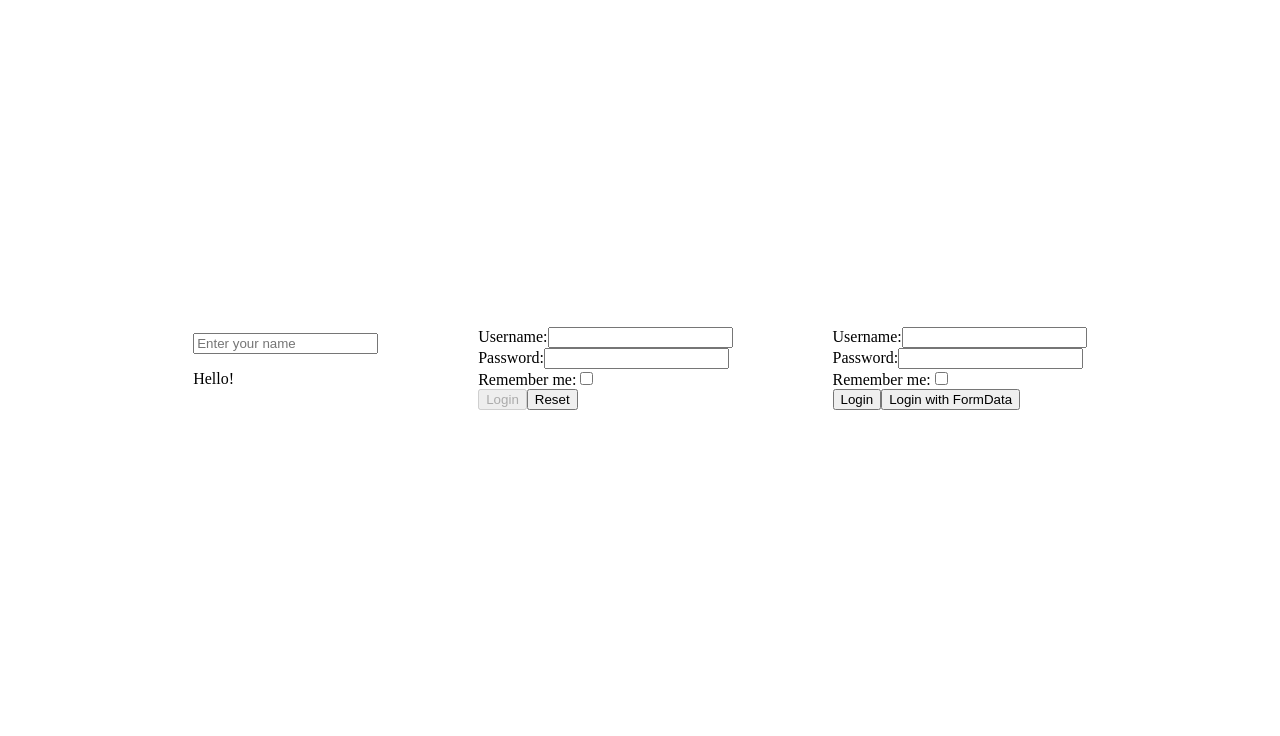
Repository: CryptoFamilyNFT/develhope
Page: / (app in vite/v1/)
An editor plug-in stored every save of this project. The page is shown before and after the next save, followed by the edit.
The browser window is 1280 px wide. The pictures show the whole page.
The project was rebuilt for these pictures with package versions that can differ from the ones it lists, and the page was loaded fresh each time. Also part of the build but not shown: vite/v1/vite.config.js, vite/v1/src/components/AlertClock.jsx, vite/v1/src/components/Message.jsx, vite/v1/src/components/Hello.jsx.

Above is the page before, as saved 2025-02-12 11:47:35.

### vite/v1/src/App.jsx
/* eslint-disable no-unused-vars */
//import { Button } from "./components/Button";
//import { Counter } from "./components/Counter";
//import { Clock, Counter2 } from "./components/Counter2";
import { AlertClock } from "./components/AlertClock";
import Chat from "./components/Chat";
//import MouseClicker from "./components/MouseClicker";
import { InteractiveWelcome } from "./components";
import { Login } from "./components";
import UncontrolledLogin from "./components/UncontrolledLogin";

function App() {

  return (
    <div style={{
      width: "100%",
      height: "100vh",
      alignItems: "center",
      display: "flex",
      justifyContent: "center",
      gap: 100
    }}>
      {/*
      <div>
        <Button onClick={() => alert(new Date().toLocaleString())}>Click me!</Button>
      </div>
      <Counter />
      <Counter2 />
      <Clock />
      <MouseClicker />

      <AlertClock onShowTime={() => alert(new Date().toLocaleString())} />
      <Chat />
      */}
      <InteractiveWelcome/>
      <Login/>
      <UncontrolledLogin/>
    </div>
  );
}

export default App;

### vite/v1/src/components/index.jsx
import Hello from "./Hello";
import Message from "./Message";
import { InteractiveWelcome } from "./Welcome";
import { Login } from "./Welcome";

export { Hello, Message, InteractiveWelcome, Login };

### vite/v1/src/components/UncontrolledLogin.jsx
import { useRef } from 'react';

const UncontrolledLogin = () => {
    const formRef = useRef(null);

    const onLogin = (event) => {
        event.preventDefault();
        const form = event.target;
        const username = form.username.value;
        const password = form.password.value;
        const remember = form.remember.checked; // torna true o false
        console.log('Data:', {username, password, remember});
    };

    const loginWithFormData = () => {
        const form = formRef.current;
        const formData = new FormData(form);
        const username = formData.get('username');
        const password = formData.get('password');
        const remember = formData.get('remember') === 'on' ? true : false; // torna on or null
        console.log('Data:', {username, password, remember});
    };

    return (
        <form ref={formRef} onSubmit={onLogin}>
            <div>
                <label>
                    Username:
                    <input type="text" name="username" />
                </label>
            </div>
            <div>
                <label>
                    Password:
                    <input type="password" name="password" />
                </label>
            </div>
            <div>
                <label>
                    Remember me:
                    <input type="checkbox" name="remember" />
                </label>
            </div>
            <button type="submit">Login</button>
            <button type="button" onClick={loginWithFormData}>Login with FormData</button>
        </form>
    );
};

export default UncontrolledLogin;

### vite/v1/src/components/Welcome.jsx
/* eslint-disable no-unused-vars */
/* eslint-disable react/prop-types */
import { useState } from 'react';

function Welcome({ name }) {
  return (
    <p>
      {name ? `Hello, ${name}!` : 'Hello!'}
    </p>
  );
}

function InteractiveWelcome() {
  const [name, setName] = useState('');


  return (
    <div>
      <input
        type="text"
        value={name}
        onChange={(e) => setName(e.target.value)}
        placeholder="Enter your name"
      />
      <Welcome name={name} age={25} />
    </div>
  );
}

function Login({ onLogin }) {
  const [username, setUsername] = useState('');
  const [password, setPassword] = useState('');
  const [remember, setRemember] = useState(false);
  const [alert, setAlert] = useState({ type: '', message: '' });

  const handleLogin = (e) => {
    e.preventDefault();

    if (password.length < 8) {
      setAlert({
        type: 'error',
        message: 'Password must be at least 8 characters long',
      })
    } else {
      setAlert({
        type: 'success',
        message: 'Valid passwor!',
      });
    }

    onLogin({ username, password, remember });
  };

  const handleReset = () => {
    setUsername('');
    setPassword('');
    setRemember(false);
    setAlert({
      type: '',
      message: '',
    })
  };

  return (
    <div>
      <form onSubmit={handleLogin}>
        <div>
          <label>
            Username:
            <input
              type="text"
              value={username}
              onChange={(e) => setUsername(e.target.value)}
            />
          </label>
        </div>
        <div>
          {alert.message && (
            <div style={{color: alert.type === 'success' ? 'lime' : 'red' }} className={`alert ${alert.type}`}>
              {alert.message}
            </div>
          )}
          <label>
            Password:
            <input
              type="password"
              value={password}
              onChange={(e) => setPassword(e.target.value)}
            />
          </label>
        </div>
        <div>
          <label>
            Remember me:
            <input
              type="checkbox"
              checked={remember}
              onChange={(e) => setRemember(e.target.checked)}
            />
          </label>
        </div>
        <button type="submit" disabled={!username || !password}>
          Login
        </button>
        <button type="button" onClick={handleReset}>
          Reset
        </button>
      </form>
    </div>
  );
}

export { InteractiveWelcome, Login };

### vite/v1/src/components/Chat.jsx
/* eslint-disable no-unused-vars */
import React, { useState } from 'react';

const styles = {
    chatContainer: {
        display: 'flex',
        flexDirection: 'column',
        height: '100%',
        width: '100%',
        border: '1px solid #ccc',
        borderRadius: '5px',
        padding: '10px',
    },
    messages: {
        flex: 1,
        overflowY: 'auto',
        marginBottom: '10px',
        display: 'flex',
        flexDirection: 'column',
        width: '100%',
    },
    message: {
        padding: '10px',
        borderRadius: '5px',
        marginBottom: '5px',
    },
    received: {
        backgroundColor: '#f1f1f1',
        alignSelf: 'flex-start',
        maxWidth: '70%'
    },
    sent: {
        backgroundColor: '#007bff',
        color: '#fff',
        alignSelf: 'flex-end',
        maxWidth: '70%',

    },
    inputContainer: {
        display: 'flex',
    },
    input: {
        flex: 1,
        padding: '10px',
        borderRadius: '5px',
        border: '1px solid #ccc',
        marginRight: '10px',
    },
    button: {
        padding: '10px 20px',
        borderRadius: '5px',
        border: 'none',
        backgroundColor: '#007bff',
        color: '#fff',
        cursor: 'pointer',
    },
};

const Chat = () => {
    const [messages, setMessages] = useState([
        { text: 'Hello!', sender: 'received' },
        { text: 'Hi there!', sender: 'sent' },
    ]);
    const [input, setInput] = useState('');

    const handleSend = () => {
        if (input.trim()) {
            setMessages([...messages, { text: input, sender: 'sent' }]);
            setInput('');
        }
    };

    return (
        <div style={styles.chatContainer}>
            <div style={styles.messages}>
                {messages.map((message, index) => (
                    <div
                        key={index}
                        style={{
                            ...styles.message,
                            ...(message.sender === 'received' ? styles.received : styles.sent),
                        }}
                    >
                        {message.text}
                    </div>
                ))}
            </div>
            <div style={styles.inputContainer}>
                <input
                    type="text"
                    value={input}
                    onChange={(e) => setInput(e.target.value)}
                    placeholder="Type a message"
                    style={styles.input}
                />
                <button onClick={handleSend} style={styles.button}>
                    Send
                </button>
            </div>
        </div>
    );
};

export default Chat;

Loaded but not shown: vite/v1/index.html (common file); vite/v1/src/index.jsx (common file)

After the next save:
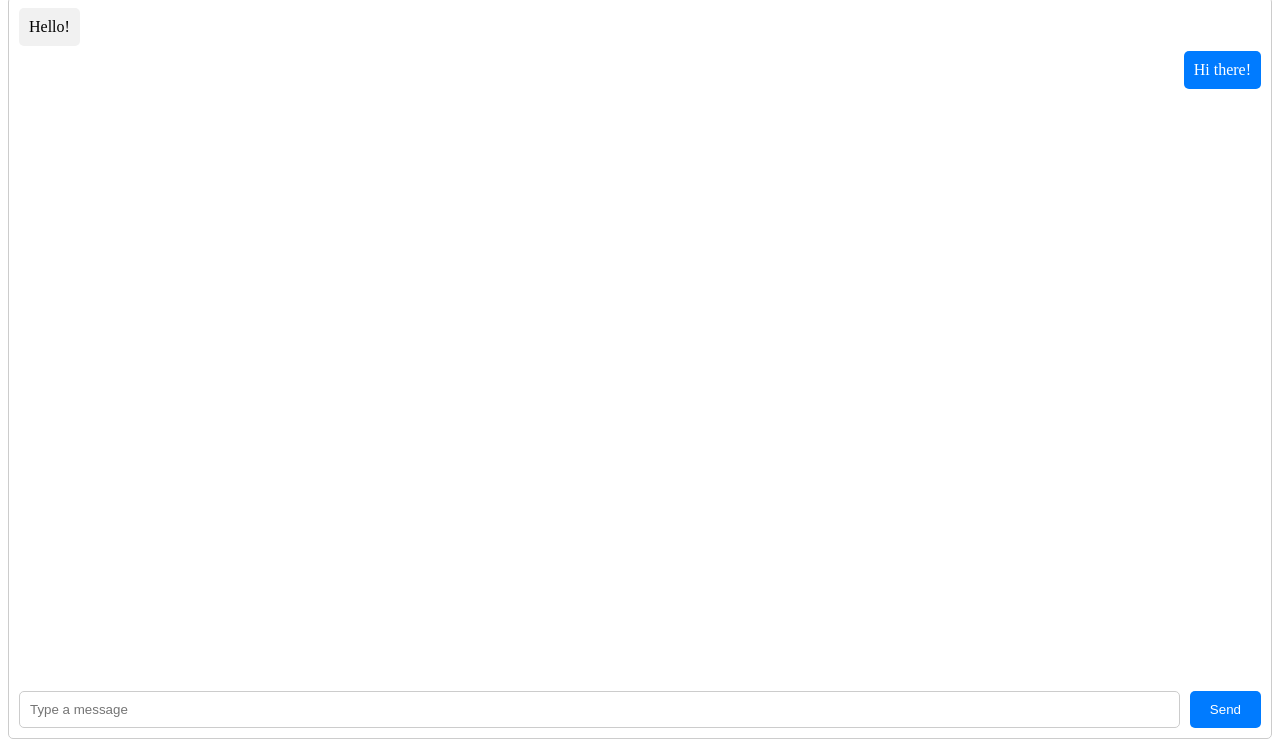
Saved 57 min 47 s later.
--- a/vite/v1/src/App.jsx
+++ b/vite/v1/src/App.jsx
@@ -30,11 +30,11 @@ function App() {
       <MouseClicker />
 
       <AlertClock onShowTime={() => alert(new Date().toLocaleString())} />
-      <Chat />
-      */}
-      <InteractiveWelcome/>
+            <InteractiveWelcome/>
       <Login/>
       <UncontrolledLogin/>
+      */}
+      <Chat />
     </div>
   );
 }
